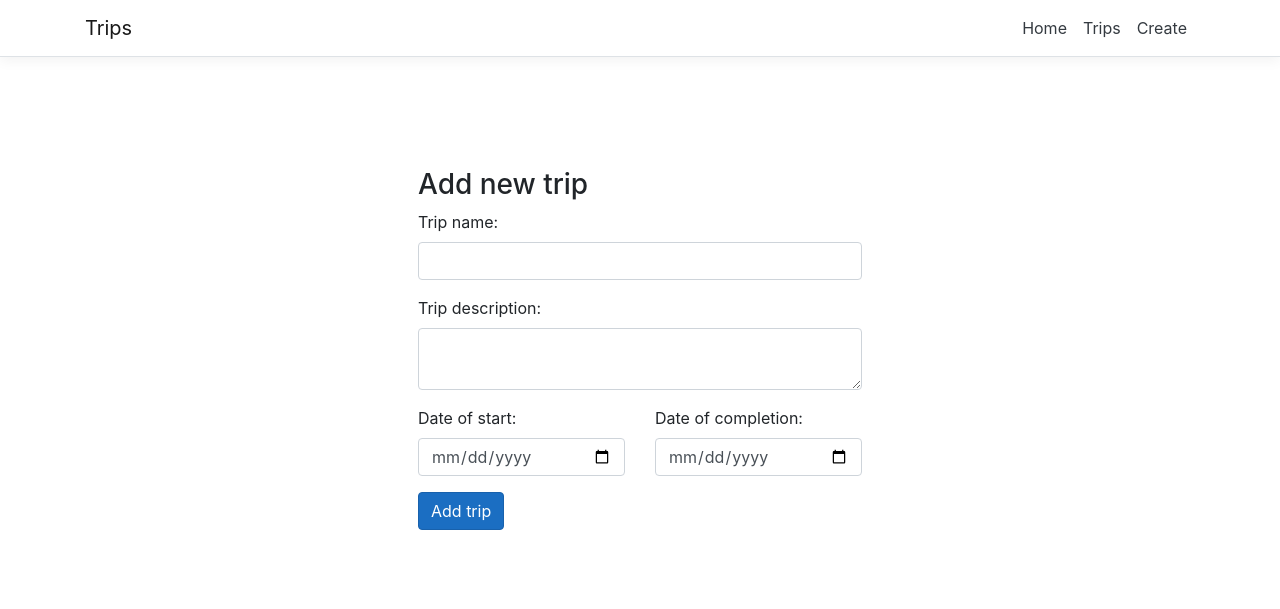
Repository: DevLuDaley/Trips
Page: /Create (app in ClientApp/)
An editor plug-in stored every save of this project. The page is shown before and after the next save, followed by the edit.
The browser window is 1280 px wide. The pictures show the whole page.
The project was rebuilt for these pictures with package versions that can differ from the ones it lists, and the page was loaded fresh each time. Also part of the build but not shown: ClientApp/src/components/Home.js, ClientApp/src/components/FetchData.js, ClientApp/src/components/Counter.js, ClientApp/src/components/Trip/Trips.jsx.

Above is the page before, as saved 2020-11-06 11:42:53.

After the next save:
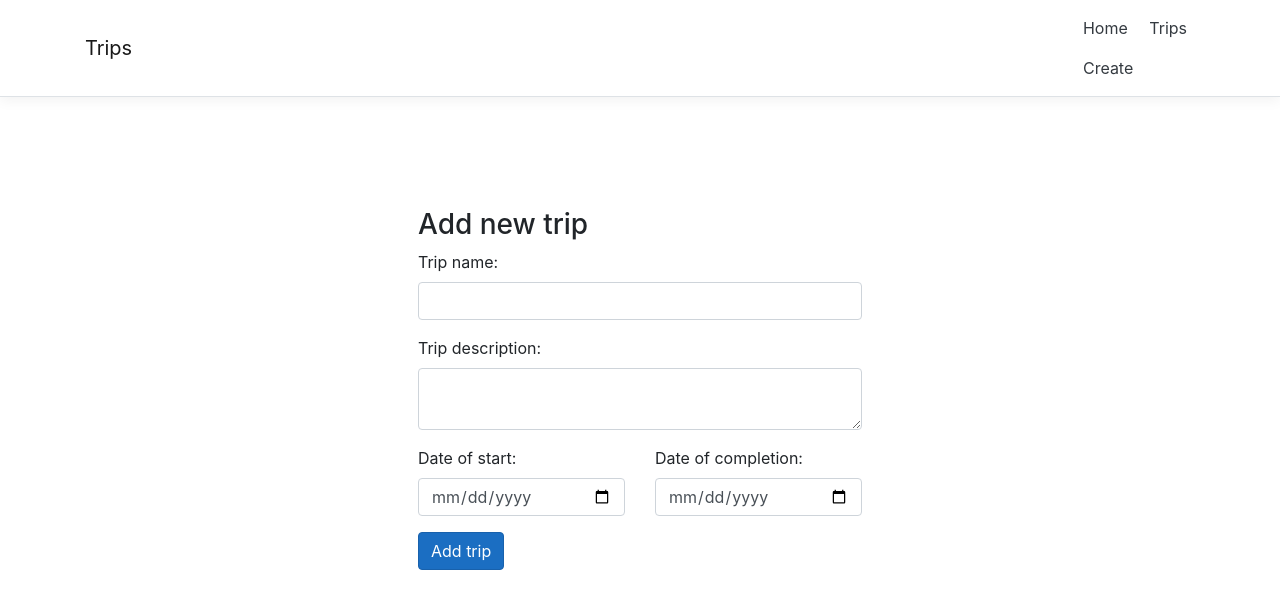
Saved 23 s later.
--- a/ClientApp/src/components/NavMenu.js
+++ b/ClientApp/src/components/NavMenu.js
@@ -32,6 +32,9 @@
               <ul className="navbar-nav flex-grow">
                 <NavItem>
                   <NavLink tag={Link} className="text-dark" to="/">Home</NavLink>
+                <NavItem>
+                  <NavLink tag={Link} className="text-dark" to="/Create">Create</NavLink>
+                </NavItem>
                 </NavItem>
                 <NavItem>
                   <NavLink tag={Link} className="text-dark" to="/trips">Trips</NavLink>
@@ -39,9 +42,6 @@
                 {/* <NavItem>
                   <NavLink tag={Link} className="text-dark" to="/counter">Counter</NavLink>
                 </NavItem> */}
-                <NavItem>
-                  <NavLink tag={Link} className="text-dark" to="/Create">Create</NavLink>
-                </NavItem>
                 {/* <NavItem>
                   <NavLink tag={Link} className="text-dark" to="/fetch-data">Fetch data</NavLink>
                 </NavItem> */}

After the save that followed:
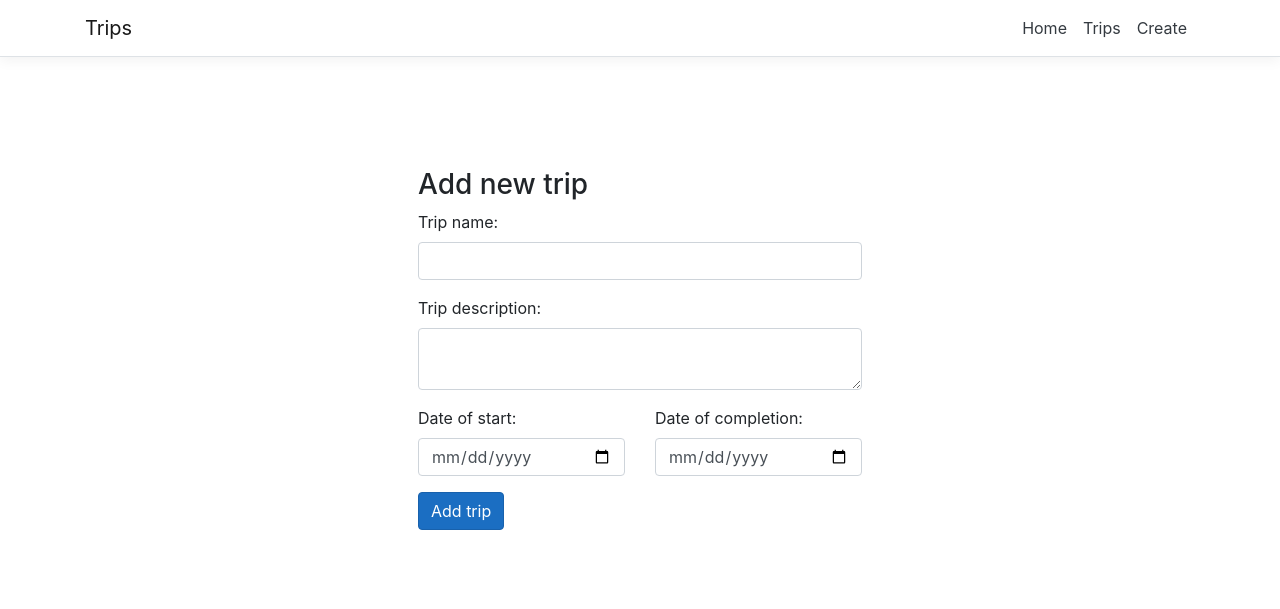
Saved 16 s later.
--- a/ClientApp/src/components/NavMenu.js
+++ b/ClientApp/src/components/NavMenu.js
@@ -32,12 +32,12 @@
               <ul className="navbar-nav flex-grow">
                 <NavItem>
                   <NavLink tag={Link} className="text-dark" to="/">Home</NavLink>
-                <NavItem>
-                  <NavLink tag={Link} className="text-dark" to="/Create">Create</NavLink>
-                </NavItem>
                 </NavItem>
                 <NavItem>
                   <NavLink tag={Link} className="text-dark" to="/trips">Trips</NavLink>
+                </NavItem>
+                <NavItem>
+                  <NavLink tag={Link} className="text-dark" to="/Create">Create</NavLink>
                 </NavItem>
                 {/* <NavItem>
                   <NavLink tag={Link} className="text-dark" to="/counter">Counter</NavLink>
